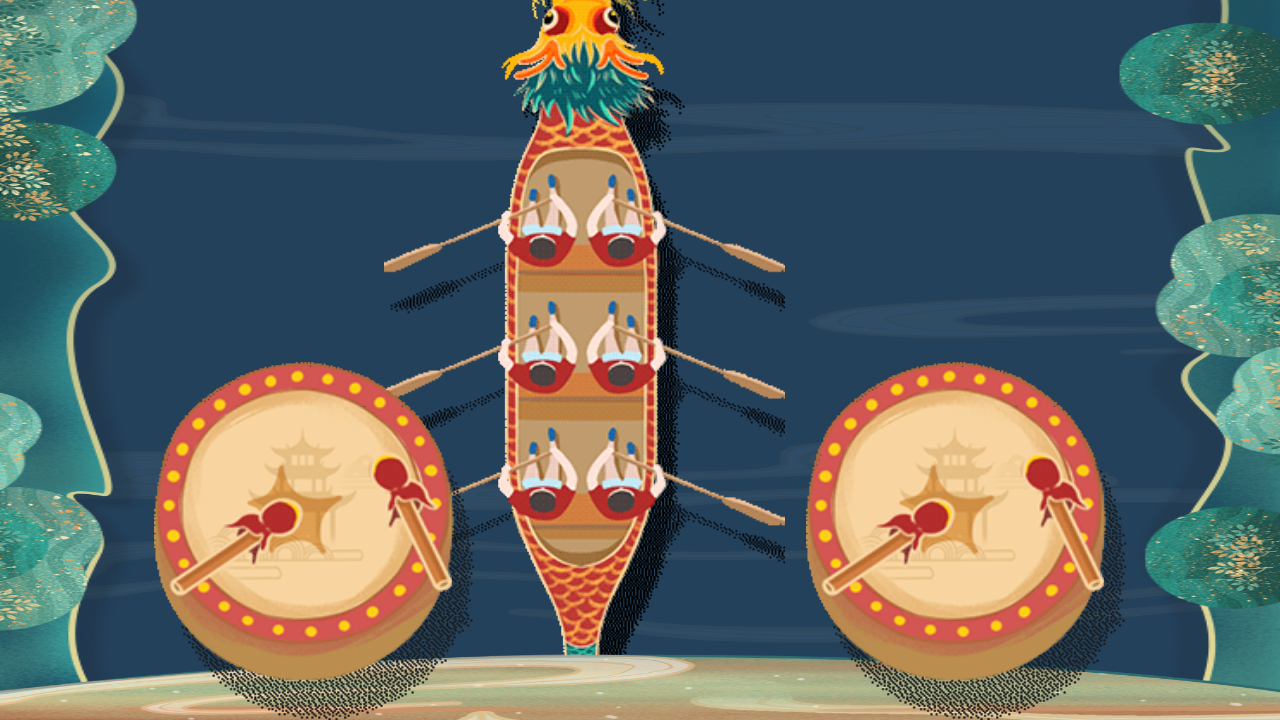
Repository: liushiwei151/hhl_dragon_boat_festival
Page: /Game
An editor plug-in stored every save of this project. The page is shown before and after the next save, followed by the edit.
The browser window is 1280 px wide. The pictures show the whole page.
An inner scrolling area shows only its first screen. The project was rebuilt for these pictures with package versions that can differ from the ones it lists, and the page was loaded fresh each time. Also part of the build but not shown: vue.config.js, src/views/Home.vue.

Above is the page before, as saved 2020-06-05 17:19:07.

After the next save:
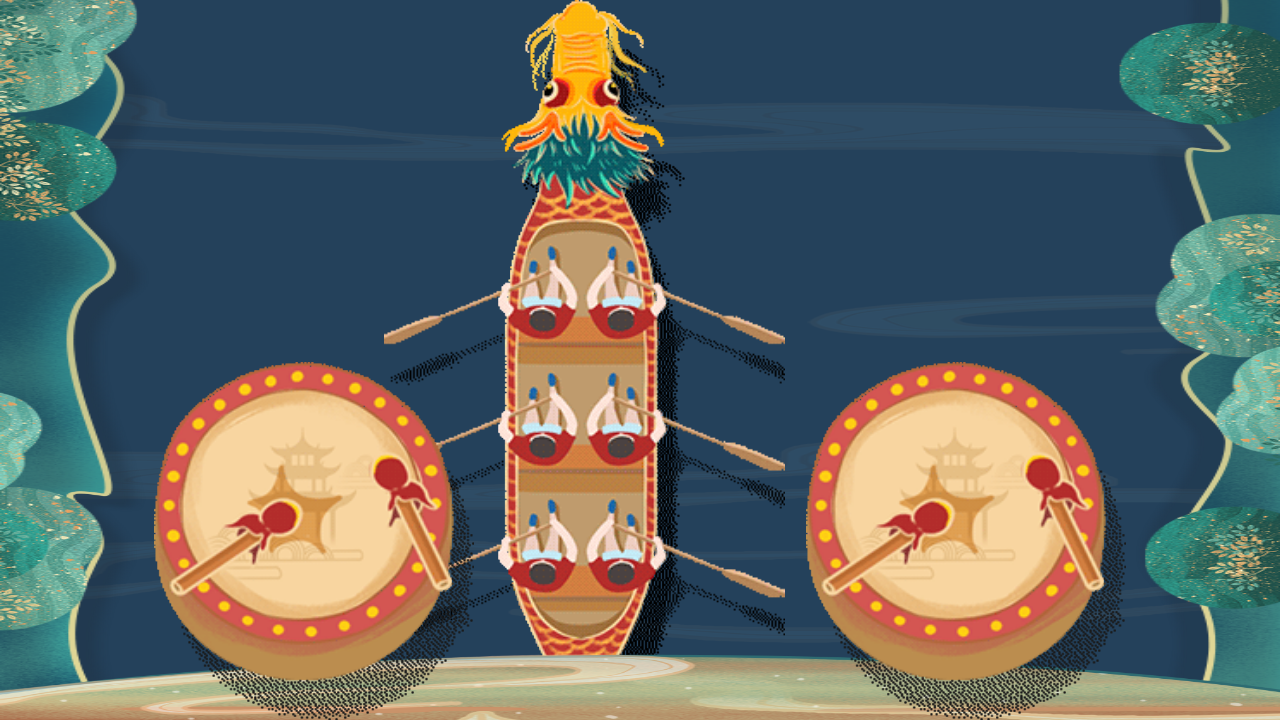
Saved 14 s later.
--- a/src/views/Game.vue
+++ b/src/views/Game.vue
@@ -140,7 +140,7 @@ export default class Game extends Vue {
     width: 31.333vw;
     height: 68.133vw;
     position: relative;
-    bottom: 10vh;
+    bottom: 0;
     left: 30vw;
     z-index: 5;
     .longzhou {
